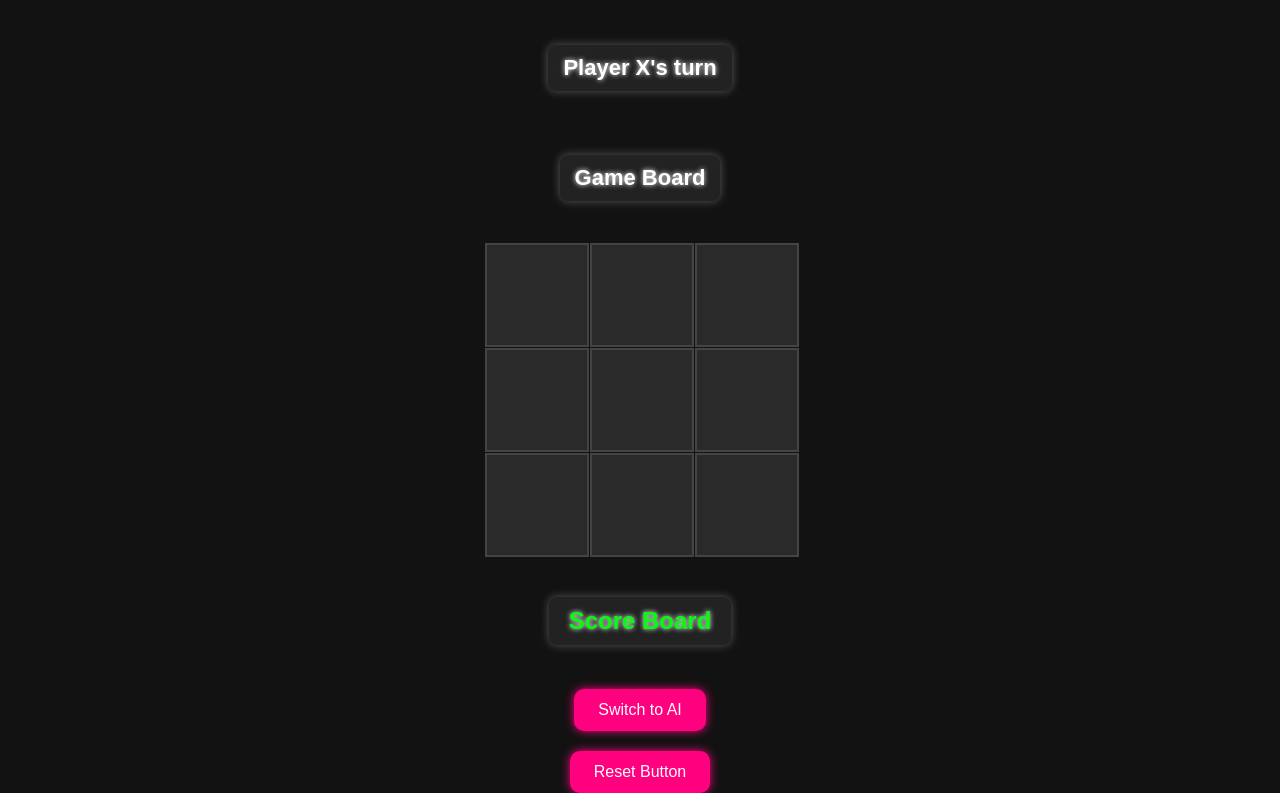
Repository: Yash19075/TicTacToe-game
Page: TicTacToe.html
These files come from the project's save history. The page is drawn as it stood at one moment and after the next save; the edit follows.
The browser window is 1280 px wide. The pictures show the whole page.

Above is the page before, as saved 2025-03-09 11:15:06.

### TicTacToe.html
<!DOCTYPE html>
<html lang="en">
<head>
    <meta charset="UTF-8">
    <meta name="viewport" content="width=device-width, initial-scale=1.0">
    <title>TicTacToe</title>
    <link rel="stylesheet" href="TicTacToe.css">
</head>
<body>
    <h1 class="TicTacToe">TIC TAC TOE</h1>

    <p class="player-turn">Player X's turn</p>

    <p class="game-board">Game Board</p>
    <div class="css-board">
        <div class="cell" onclick="handleClick(0)"></div>
        <div class="cell" onclick="handleClick(1)"></div>
        <div class="cell" onclick="handleClick(2)"></div>
        <div class="cell" onclick="handleClick(3)"></div>
        <div class="cell" onclick="handleClick(4)"></div>
        <div class="cell" onclick="handleClick(5)"></div>
        <div class="cell" onclick="handleClick(6)"></div>
        <div class="cell" onclick="handleClick(7)"></div>
        <div class="cell" onclick="handleClick(8)"></div>
    </div>
    <p class="score-board">Score Board</p>
    <button class="css-switchButton">Switch to AI</button>
    <button class="css-resetButton" onclick="button_reset()">Reset Button</button>

    <script src="TicTacToe.js"></script>
</body>
</html>

### TicTacToe.css
body {
    display: flex;
    justify-content: center;
    align-items: center;
    flex-direction: column;
    height: 100vh;
    margin: 0;
    gap: 20px;
    background-color: #121212;
    color: white;
    font-family: Arial, sans-serif;
}

h1 {
    font-size: 32px;
    text-shadow: 0 0 10px #00ffff;
}


.css-board {
    display: grid;
    grid-template-columns: repeat(3, 100px);
    grid-template-rows: repeat(3, 100px);
    gap: 5px;
}

/* Game Board Cells */
.css-board div {
    display: flex;
    justify-content: center;
    align-items: center;
    border: 2px solid #444;
    background-color: #2a2a2a;
    color: #00ffff; /* Neon cyan */
    font-size: 36px;
    font-weight: bold;
    width: 100px;
    height: 100px;
    text-shadow: 0 0 10px #00ffff;
    transition: background-color 0.3s ease-in-out, box-shadow 0.3s;
}

/* Hover effect on empty cells */
.css-board div:hover {
    background-color: #333;
    box-shadow: 0 0 10px #00ffff;
    cursor: pointer;
}

/* Buttons */
.css-switchButton, .css-resetButton {
    padding: 12px 24px;
    border-radius: 10px;
    cursor: pointer;
    font-size: 16px;
    border: none;
    background-color: #ff007f; /* Neon pink */
    color: white;
    box-shadow: 0 0 10px #ff007f;
    transition: transform 0.2s ease-in-out, background-color 0.3s, box-shadow 0.3s;
}

.css-switchButton:hover, .css-resetButton:hover {
    background-color: #ff00ff; /* Brighter glow */
    box-shadow: 0 0 15px #ff00ff;
    transform: scale(1.1);
}

.score-board {
    font-size: 24px;
    font-weight: bold;
    padding: 10px 20px;
    border-radius: 8px;
    background-color: #222; /* Dark background */
    color: rgb(6, 251, 14);
    text-shadow: 0 0 5px #ffffff;
    box-shadow: 0 0 10px rgba(255, 255, 255, 0.3);
    transition: background-color 0.3s ease-in-out, box-shadow 0.3s ease-in-out;
}

.player-turn {
    font-size: 22px;
    font-weight: bold;
    padding: 10px 15px;
    border-radius: 8px;
    background-color: #222; /* Dark background */
    color: white;
    text-shadow: 0 0 5px #ffffff;
    box-shadow: 0 0 10px rgba(255, 255, 255, 0.3);
    transition: background-color 0.3s ease-in-out, box-shadow 0.3s ease-in-out, color 0.3s;
}

.game-board {
    font-size: 22px;
    font-weight: bold;
    padding: 10px 15px;
    border-radius: 8px;
    background-color: #222; /* Dark background */
    color: white;
    text-shadow: 0 0 5px #ffffff;
    box-shadow: 0 0 10px rgba(255, 255, 255, 0.3);
    transition: background-color 0.3s ease-in-out, box-shadow 0.3s ease-in-out, color 0.3s;
}

.TicTacToe {
    font-size: 22px;
    font-weight: bold;
    padding: 10px 15px;
    border-radius: 8px;
    background-color: #222; /* Dark background */
    color: white;
    text-shadow: 0 0 5px #ffffff;
    box-shadow: 0 0 10px rgba(255, 255, 255, 0.3);
    transition: background-color 0.3s ease-in-out, box-shadow 0.3s ease-in-out, color 0.3s;
}

### TicTacToe.js
let board = ["","","","","","","","",""];
move = 'X';
const cells = document.querySelectorAll(".css-board div");
console.log(cells)

let cellCount = 0;
let winningPattern = [
    [0,1,2],
    [3,4,5],
    [6,7,8],
    [0,3,6],
    [1,4,7],
    [2,5,8],
    [0,4,8],
    [2,4,6]
]

// for (let i = 0; i < cells.length; i++) {
//     cells[i].onclick = function () {
//         handleClick(i);
//     };
// }

function winner() {
    for (let pattern of winningPattern)
    {
        let pos0 = cells[pattern[0]].innerText;
        let pos1 = cells[pattern[1]].innerText;
        let pos2 = cells[pattern[2]].innerText;
        // console.log(pos0,pos1,pos2);
        if(pos0 != "" && pos1!= "" && pos2 != "")
        {
            if(pos0 === pos1 && pos1 === pos2)
            {
                // console.log("Winner");
                document.querySelector(".score-board").innerText = `${pos0}'s Win`;
                for (let cell of cells) {
                    cell.onclick = null;
                    cell.classList.add("disabled");
                }
            return pos0;
            }
        }
        if(cellCount == 9)
        {
            document.querySelector(".score-board").innerText = `Its a draw`;
        }
    }
}



function handleClick(index) {
 if(move === 'X')
    {
        document.querySelector(".player-turn").innerHTML = `Player 0's turn`;
    }
    else
    {
        document.querySelector(".player-turn").innerHTML = `Player X's turn`
    }
    if (cells[index].innerHTML === '') {
        cells[index].innerHTML = move;
        move = move === 'X' ? 'O' : 'X';
        cells[index].onclick = null;
        cellCount++;
        console.log(cellCount);
    }
    winner();
}

function button_reset() {
    for(let i = 0; i <cells.length; i++)
    {
        cells[i].innerHTML = '';
        board[i] = '';
        document.querySelector(".score-board").innerText = 'ScoreBoard';
        cells[i].onclick = function() { handleClick(i); };
        document.querySelector(".player-turn").innerHTML = `Player X's turn`;
        cellCount = 0;
    }
    move = 'X'
}

After the next save:
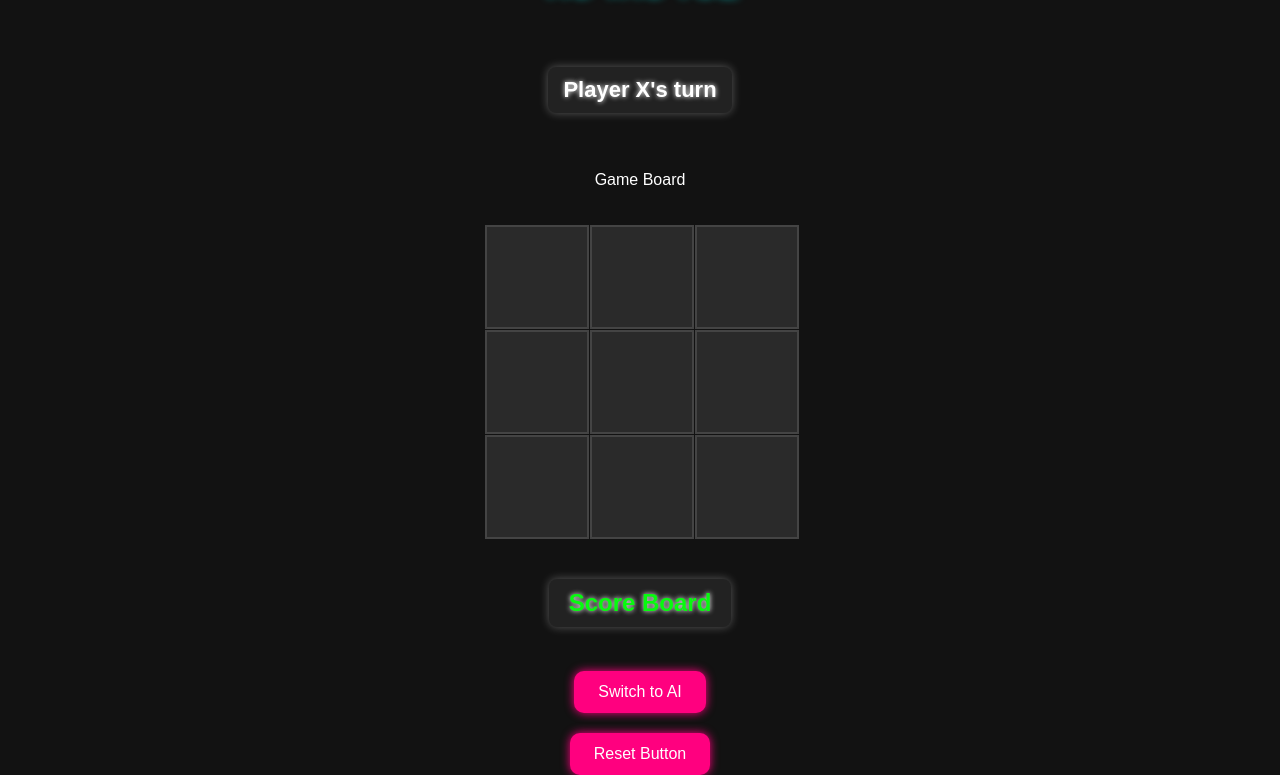
Saved 17 s later.
--- a/TicTacToe.css
+++ b/TicTacToe.css
@@ -89,27 +89,3 @@ h1 {
     box-shadow: 0 0 10px rgba(255, 255, 255, 0.3);
     transition: background-color 0.3s ease-in-out, box-shadow 0.3s ease-in-out, color 0.3s;
 }
-
-.game-board {
-    font-size: 22px;
-    font-weight: bold;
-    padding: 10px 15px;
-    border-radius: 8px;
-    background-color: #222; /* Dark background */
-    color: white;
-    text-shadow: 0 0 5px #ffffff;
-    box-shadow: 0 0 10px rgba(255, 255, 255, 0.3);
-    transition: background-color 0.3s ease-in-out, box-shadow 0.3s ease-in-out, color 0.3s;
-}
-
-.TicTacToe {
-    font-size: 22px;
-    font-weight: bold;
-    padding: 10px 15px;
-    border-radius: 8px;
-    background-color: #222; /* Dark background */
-    color: white;
-    text-shadow: 0 0 5px #ffffff;
-    box-shadow: 0 0 10px rgba(255, 255, 255, 0.3);
-    transition: background-color 0.3s ease-in-out, box-shadow 0.3s ease-in-out, color 0.3s;
-}
